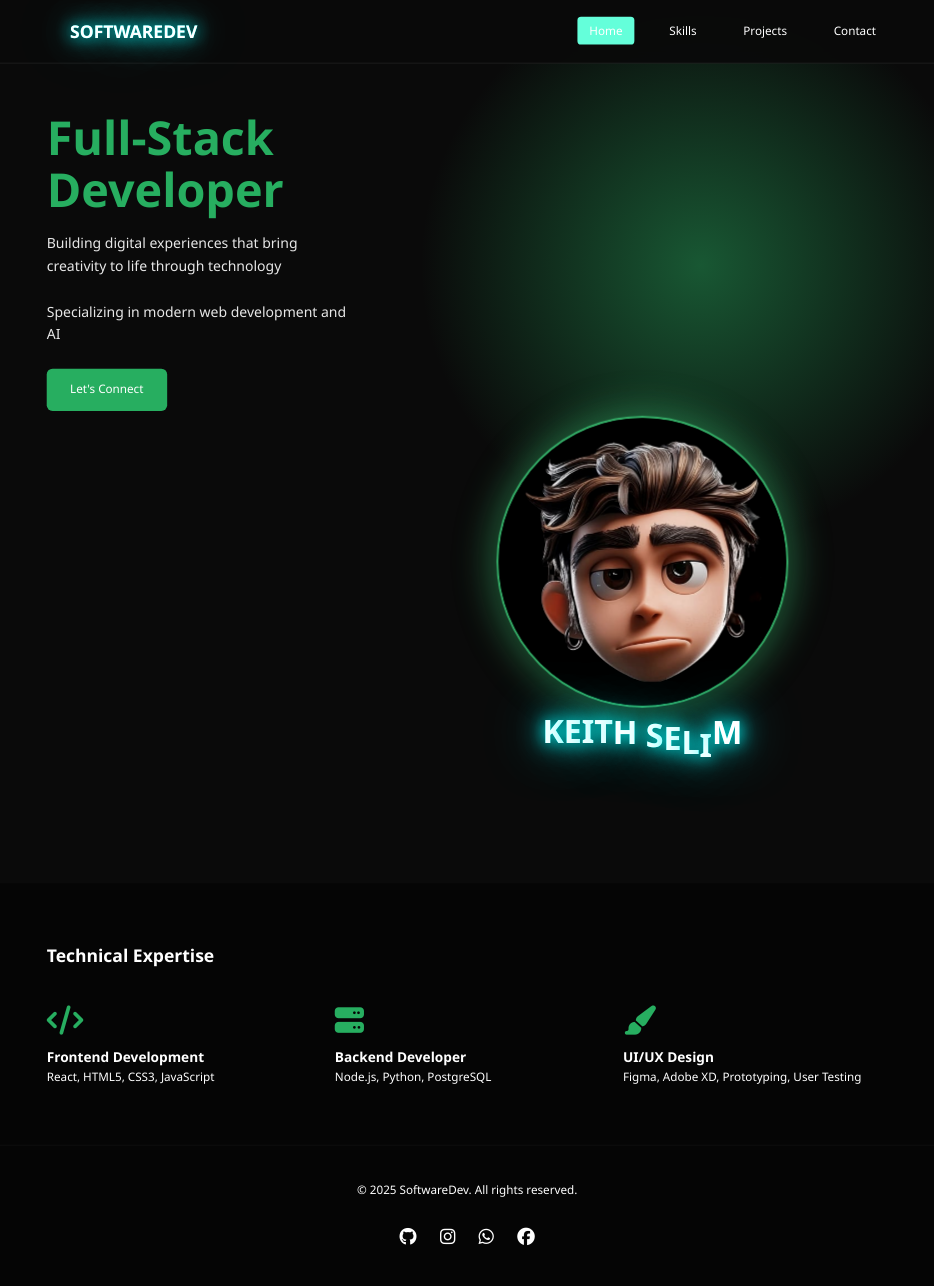
Repository: PEEZYBEE/my-react-portfolio
Page: /
An editor plug-in stored every save of this project. The page is shown before and after the next save, followed by the edit.
The browser window is 1280 px wide. The pictures show the whole page, at 73% of full size.
The project was rebuilt for these pictures with package versions that can differ from the ones it lists, and the page was loaded fresh each time. Also part of the build but not shown: vite.config.js.

Above is the page before, as saved 2025-04-21 02:46:13.

After the next save:
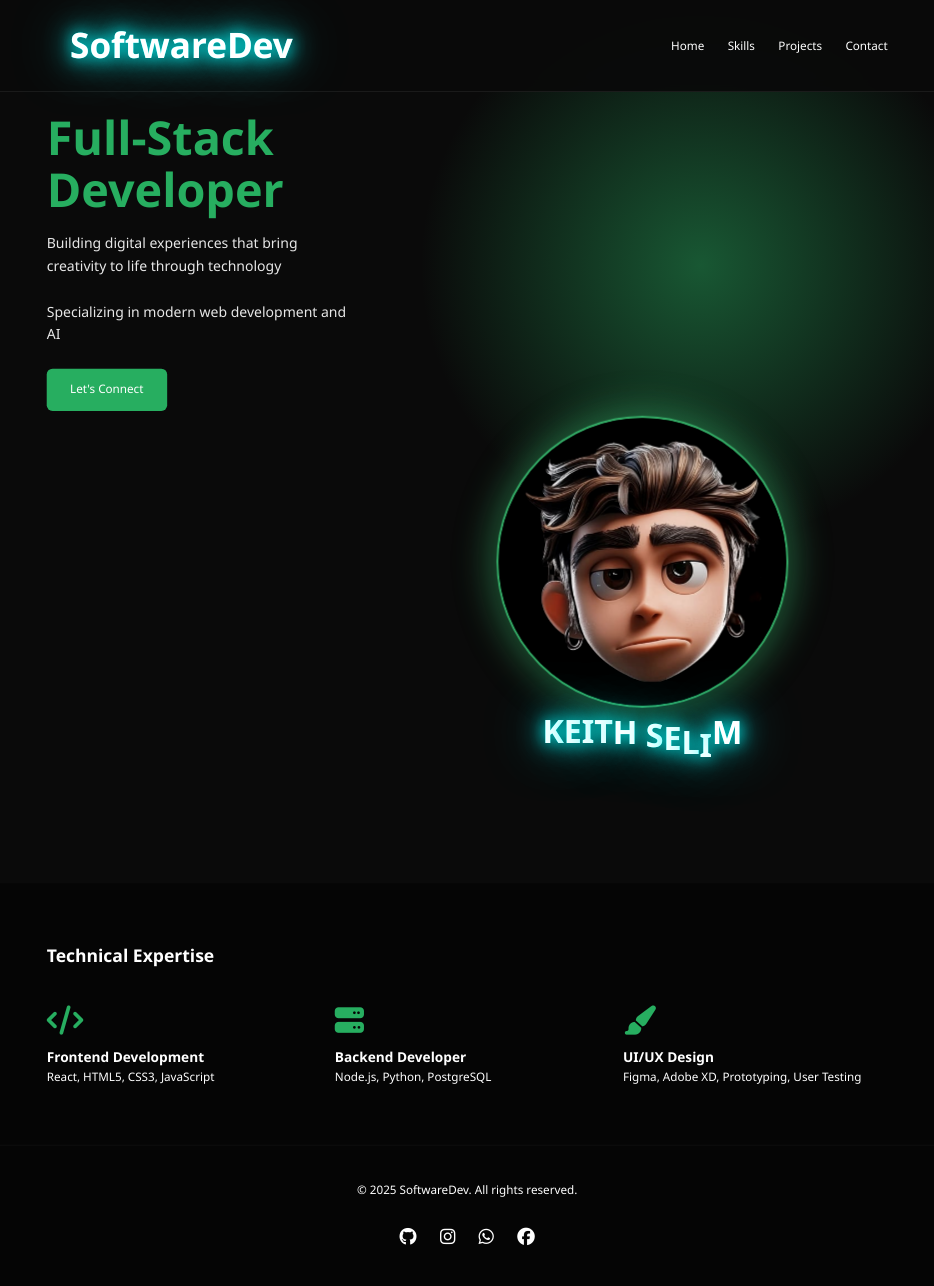
Saved 8 s later.
--- a/src/components/Navbar.jsx
+++ b/src/components/Navbar.jsx
@@ -1,65 +1,15 @@
-import React, { useState } from 'react';
-import './Navbar.css';
+import React from "react";
 
 const Navbar = () => {
-  // State to manage active link
-  const [activeLink, setActiveLink] = useState('home');
-  const [isMenuOpen, setIsMenuOpen] = useState(false);
-
-  // Handle active link change
-  const handleLinkClick = (link) => {
-    setActiveLink(link);
-    setIsMenuOpen(false); // Close the menu when a link is clicked
-  };
-
   return (
     <nav className="navbar">
       <a href="#home" className="logo">SoftwareDev</a>
-      <div className={`nav-links ${isMenuOpen ? 'active' : ''}`}>
-        <ul>
-          <li>
-            <a
-              href="#home"
-              className={activeLink === 'home' ? 'active' : ''}
-              onClick={() => handleLinkClick('home')}
-            >
-              Home
-            </a>
-          </li>
-          <li>
-            <a
-              href="#skills"
-              className={activeLink === 'skills' ? 'active' : ''}
-              onClick={() => handleLinkClick('skills')}
-            >
-              Skills
-            </a>
-          </li>
-          <li>
-            <a
-              href="#projects"
-              className={activeLink === 'projects' ? 'active' : ''}
-              onClick={() => handleLinkClick('projects')}
-            >
-              Projects
-            </a>
-          </li>
-          <li>
-            <a
-              href="#contact"
-              className={activeLink === 'contact' ? 'active' : ''}
-              onClick={() => handleLinkClick('contact')}
-            >
-              Contact
-            </a>
-          </li>
-        </ul>
-      </div>
-      <div className="hamburger" onClick={() => setIsMenuOpen(!isMenuOpen)}>
-        <span className="bar"></span>
-        <span className="bar"></span>
-        <span className="bar"></span>
-      </div>
+      <ul className="nav-links">
+        <li><a href="#home">Home</a></li>
+        <li><a href="#skills">Skills</a></li>
+        <li><a href="#projects">Projects</a></li>
+        <li><a href="#contact">Contact</a></li>
+      </ul>
     </nav>
   );
 };

After the save that followed:
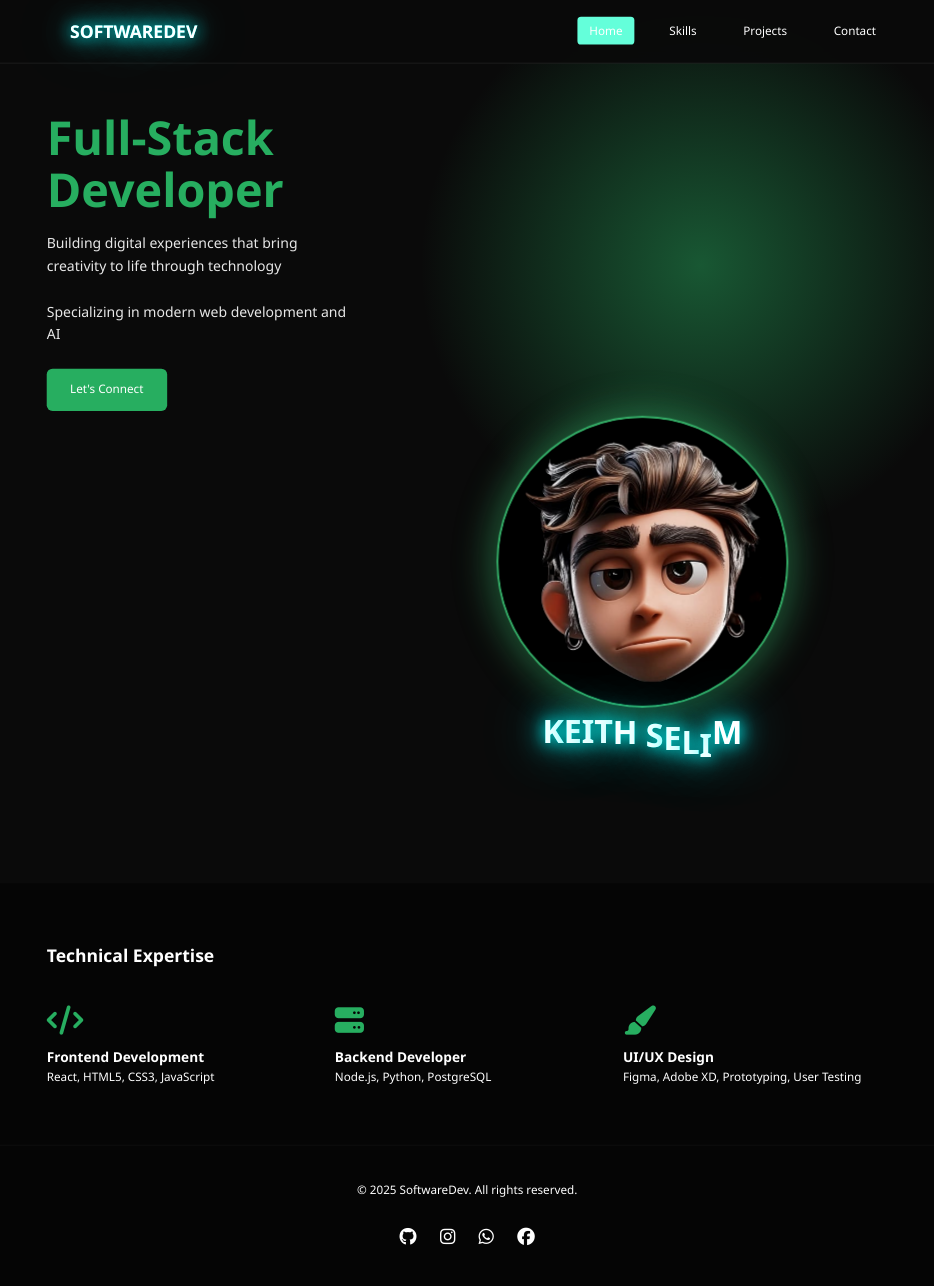
Saved 20 s later.
--- a/src/components/Navbar.jsx
+++ b/src/components/Navbar.jsx
@@ -1,15 +1,65 @@
-import React from "react";
+import React, { useState } from 'react';
+import './Navbar.css';
 
 const Navbar = () => {
+  // State to manage active link
+  const [activeLink, setActiveLink] = useState('home');
+  const [isMenuOpen, setIsMenuOpen] = useState(false);
+
+  // Handle active link change
+  const handleLinkClick = (link) => {
+    setActiveLink(link);
+    setIsMenuOpen(false); // Close the menu when a link is clicked
+  };
+
   return (
     <nav className="navbar">
       <a href="#home" className="logo">SoftwareDev</a>
-      <ul className="nav-links">
-        <li><a href="#home">Home</a></li>
-        <li><a href="#skills">Skills</a></li>
-        <li><a href="#projects">Projects</a></li>
-        <li><a href="#contact">Contact</a></li>
-      </ul>
+      <div className={`nav-links ${isMenuOpen ? 'active' : ''}`}>
+        <ul>
+          <li>
+            <a
+              href="#home"
+              className={activeLink === 'home' ? 'active' : ''}
+              onClick={() => handleLinkClick('home')}
+            >
+              Home
+            </a>
+          </li>
+          <li>
+            <a
+              href="#skills"
+              className={activeLink === 'skills' ? 'active' : ''}
+              onClick={() => handleLinkClick('skills')}
+            >
+              Skills
+            </a>
+          </li>
+          <li>
+            <a
+              href="#projects"
+              className={activeLink === 'projects' ? 'active' : ''}
+              onClick={() => handleLinkClick('projects')}
+            >
+              Projects
+            </a>
+          </li>
+          <li>
+            <a
+              href="#contact"
+              className={activeLink === 'contact' ? 'active' : ''}
+              onClick={() => handleLinkClick('contact')}
+            >
+              Contact
+            </a>
+          </li>
+        </ul>
+      </div>
+      <div className="hamburger" onClick={() => setIsMenuOpen(!isMenuOpen)}>
+        <span className="bar"></span>
+        <span className="bar"></span>
+        <span className="bar"></span>
+      </div>
     </nav>
   );
 };
